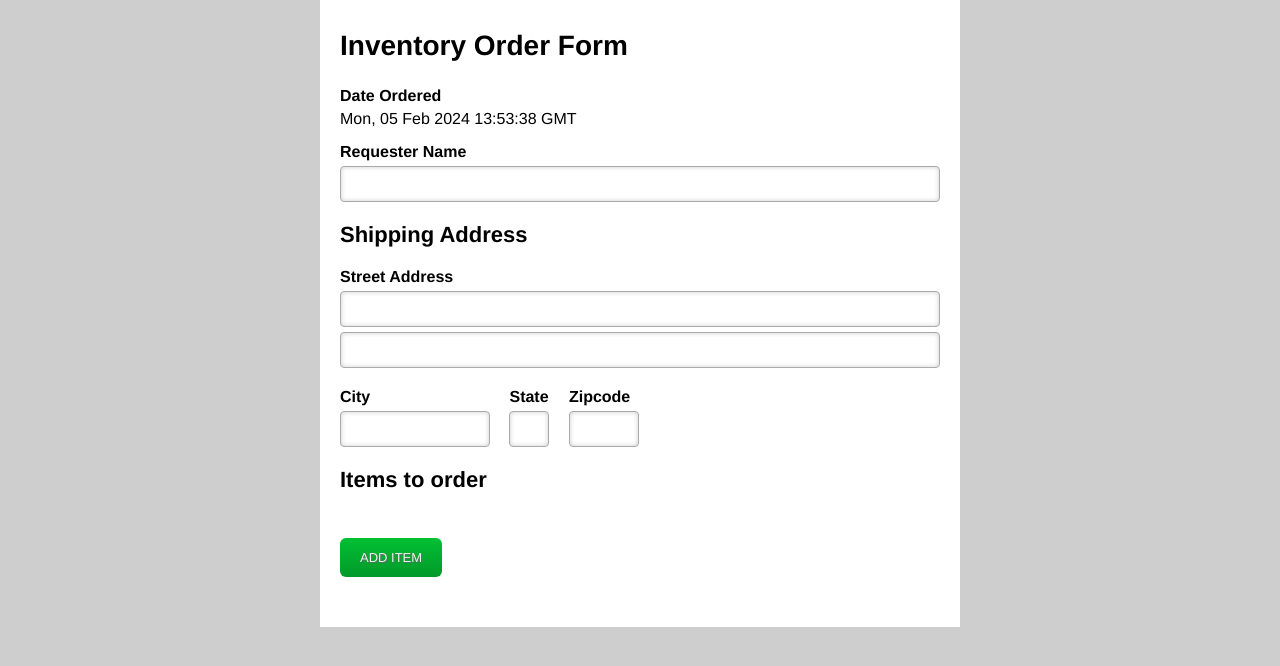
Repository: apopheny/JS230
Page: inventory_order_refactor/index.html
The author's editor kept a copy of each file at every save. The page is drawn from the files as they stood at one save, then again after the next save.
The browser window is 1280 px wide. The pictures show the whole page.
Some web libraries are served in a nearby version.

Above is the page before, as saved 2024-02-06 17:20:33.

### inventory_order_refactor/index.html
<!DOCTYPE html>
<html lang="en-US">
  <head>
    <title>Inventory Order Form</title>
    <meta charset="UTF-8" />
    <script src="https://ajax.googleapis.com/ajax/libs/jquery/1.11.2/jquery.min.js"></script>
    <script src="javascripts/inventory.js"></script>
    <link rel="stylesheet" href="stylesheets/form.css" />
  </head>
  <body>
    <main>
      <form action="" method="post">
        <fieldset>
          <h1>Inventory Order Form</h1>
          <dl>
            <dt>Date Ordered</dt>
            <dd id="order_date"></dd>
            <dt>
              <label for="requester_name">Requester Name</label>
            </dt>
            <dd>
              <input name="requester_name" id="requester_name" type="text" />
            </dd>
          </dl>

          <h2>Shipping Address</h2>
          <dl>
            <dt>
              <label for="address1">Street Address</label>
            </dt>
            <dd>
              <input name="address1" id="address1" type="text" />
              <input name="address2" id="address2" type="text" />
            </dd>
          </dl>
          <dl class="partial">
            <dt>
              <label for="city">City</label>
            </dt>
            <dd>
              <input name="city" id="city" type="text" />
            </dd>
          </dl>
          <dl class="partial">
            <dt>
              <label for="state">State</label>
            </dt>
            <dd>
              <input name="state" id="state" type="text" maxlength="2" />
            </dd>
          </dl>
          <dl class="partial">
            <dt>
              <label for="zip">Zipcode</label>
            </dt>
            <dd>
              <input name="zip" id="zip" type="text" maxlength="5" />
            </dd>
          </dl>

          <h2>Items to order</h2>
          <script type="text/template" id="inventory_item">
            <tr>
              <td>
                <input type="hidden" name="item_id_ID" value="ID" />
                <label for="item_name_ID">Name</label>
                <input name="item_name_ID" type="text" />
              </td>
              <td>
                <label for="item_stock_number_ID">Stock Number</label>
                <input name="item_stock_number_ID" type="text" maxlength="8" />
              </td>
              <td>
                <label for="item_quantity_ID">Quantity</label>
                <input name="item_quantity_ID" type="number" value="1" />
              </td>
              <td>
                <a href="#" class="delete">Delete</a>
              </td>
            </tr>
          </script>

          <table id="inventory">
          </table>

          <button type="button" id="add_item">Add item</button>
<!--
          <div class="actions">
            <input type="submit" value="Order inventory" />
          </div> -->
        </fieldset>
      </form>
    </main>
  </body>
</html>

### inventory_order_refactor/javascripts/inventory.js
var inventory;

(function () {
  inventory = {
    lastId: 0,
    collection: [],
    setDate() {
      let date = new Date();
      document.querySelector("#order_date").textContent = date.toUTCString();
    },
    cacheTemplate() {
      let iTmpl = document.querySelector("#inventory_item");
      this.template = iTmpl.innerHTML;
      iTmpl.remove();
    },
    add() {
      this.lastId++;
      let item = {
        id: this.lastId,
        name: "",
        stock_number: "",
        quantity: 1,
      };
      this.collection.push(item);

      return item;
    },
    remove(idx) {
      this.collection = this.collection.filter(function (item) {
        return item.id !== idx;
      });
    },
    get(id) {
      let found_item;

      this.collection.forEach(function (item) {
        if (item.id === id) {
          found_item = item;
          return false;
        }
      });

      return found_item;
    },
    update($item) {
      let id = this.findID($item),
        item = this.get(id);

      item.name = $item.find("[name^=item_name]").val();
      item.stock_number = $item.find("[name^=item_stock_number]").val();
      item.quantity = $item.find("[name^=item_quantity]").val();
    },
    newItem(e) {
      e.preventDefault();
      let item = this.add(),
        itemHTMLString = this.template.replace(/ID/g, item.id);
      let inventoryElements = document.querySelectorAll("#inventory");
      let elements = new DOMParser().parseFromString(
        itemHTMLString,
        "text/html"
      );
      document.querySelector("#inventory");
    },
    findParent(e) {
      return $(e.target).closest("tr");
    },
    findID($item) {
      return +$item.find("input[type=hidden]").val();
    },
    deleteItem(e) {
      e.preventDefault();
      let $item = this.findParent(e).remove();

      this.remove(this.findID($item));
    },
    updateItem(e) {
      let $item = this.findParent(e);

      this.update($item);
    },
    bindEvents() {
      $("#add_item").on("click", $.proxy(this.newItem, this));
      $("#inventory").on("click", "a.delete", $.proxy(this.deleteItem, this));
      $("#inventory").on("blur", ":input", $.proxy(this.updateItem, this));
    },
    init() {
      this.setDate();
      this.cacheTemplate();
      this.bindEvents();
    },
  };
})();

$($.proxy(inventory.init, inventory));

### inventory_order_refactor/stylesheets/form.css
@import url("whitespace-reset.css");

body {
  font: normal 16px Helvetica, Arial, sans-serif;
  background: #cecece;
}

main {
  width: 600px;
  padding: 30px 20px;
  margin: 0 auto;
  background: #ffffff;
}

h1 {
  margin: 0 0 25px 0;
  font-size: 28px;
}

h2 {
  margin: 0 0 20px 0;
  font-size: 22px;
}

dt {
  padding: 0 0 5px 0;
  font-weight: bold;
}

dd {
  padding: 0 0 15px 0;
}

input[type="text"],
input[type="number"] {
  width: 100%;
  height: 36px;
  padding: 3px 5px;
  margin: 0 0 5px 0;
  font: normal 14px Helvetica, Arial, sans-serif;
  color: #222222;
  border: 1px solid #aaaaaa;
  border-radius: 4px;
  -webkit-box-shadow: inset 0 0 5px rgba(0, 0, 0, .2);
  -moz-box-shadow: inset 0 0 5px rgba(0, 0, 0, .2);
  box-shadow: inset 0 0 5px rgba(0, 0, 0, .2);
  -webkit-box-sizing: border-box;
  -moz-box-sizing: border-box;
  box-sizing: border-box;
}

input[type="number"] {
  width: 50px;
}

input[maxlength="2"] {
  width: 40px;
}

input[maxlength="5"] {
  width: 70px;
}

input[maxlength="8"] {
  width: 90px;
}

#city { width: 150px; }

button,
input[type="submit"] {
  padding: 12px 20px;
  margin: 0 0 20px 0;
  font: normal 13px Helvetica, Arial, sans-serif;
  text-transform: uppercase;
  color: #f0f0f0;
  text-shadow: 1px 1px 1px #666666;
  cursor: pointer;
  border: none;
  border-radius: 6px;
  background: linear-gradient(#02c033, #02992a);
}

input[type="submit"] {
  background: linear-gradient(#5b7aed, #4c66c7);
}

table {
  width: 100%;
  margin: 0 0 25px 0;
  border-spacing: 0;
  border-collapse: collapse;
}

dl.partial {
  display: inline-block;
  padding: 0 15px 0 0;
  vertical-align: top;
}

### inventory_order_refactor/stylesheets/whitespace-reset.css
/*
----------------------------------------
Tantek Celik's Whitepsace Reset
     Author:  	Tantek Celik, Shane Riley
    Version:  	(CC) 2010 Some Rights Reserved - http://creativecommons.org/licenses/by/2.0
Description:	Resets default styling of common browsers to a common base
----------------------------------------
*/

ul,ol { list-style: none; }
h1,h2,h3,h4,h5,h6,pre,code { font-size: 1em; }
ul,ol,li,h1,h2,h3,h4,h5,h6,pre,form,body,html,p,blockquote,fieldset,input,dl,dt,dd, figure, figcaption {
  margin: 0;
  padding: 0; }
a img,:link img,:visited img, fieldset { border: none; }
address { font-style: normal; }
header, section, article, nav, footer, hgroup, details, summary, figure, main { display: block; }
mark {
  color: inherit;
  background: transparent; }
abbr { border: none; }
summary::-webkit-details-marker { display: none; }

After the next save:
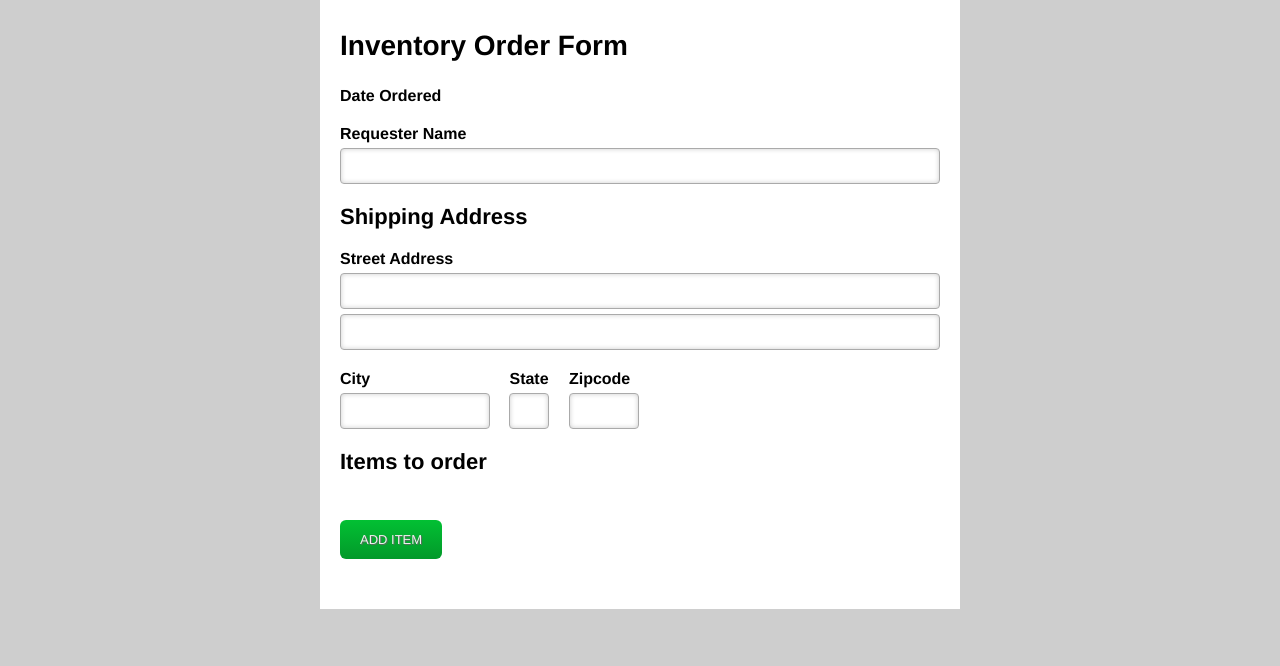
Console error: SyntaxError: Unexpected token ')'
Saved 28 s later.
--- a/inventory_order_refactor/javascripts/inventory.js
+++ b/inventory_order_refactor/javascripts/inventory.js
@@ -54,12 +54,12 @@
       e.preventDefault();
       let item = this.add(),
         itemHTMLString = this.template.replace(/ID/g, item.id);
-      let inventoryElements = document.querySelectorAll("#inventory");
-      let elements = new DOMParser().parseFromString(
         itemHTMLString,
         "text/html"
       );
-      document.querySelector("#inventory");
+      document
+        .querySelector("#inventory")
+        .insertAdjacentHTML("beforeend", itemHTMLString);
     },
     findParent(e) {
       return $(e.target).closest("tr");

After the save that followed:
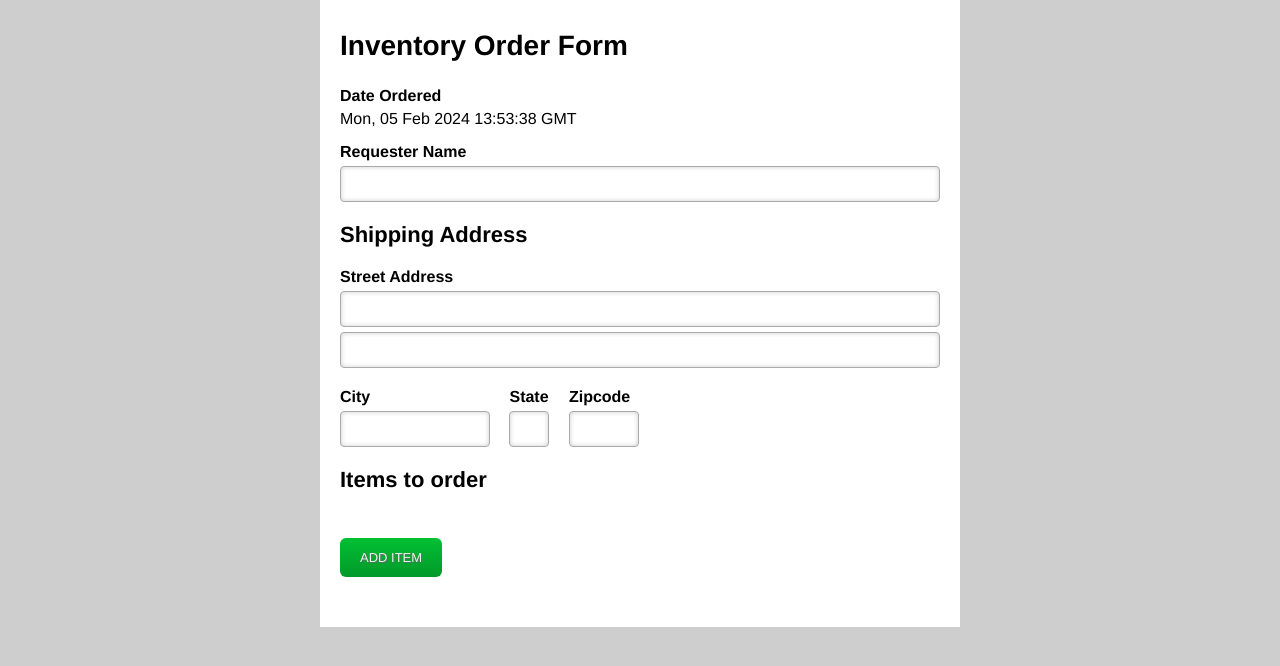
The error is gone.
Saved 14 s later.
--- a/inventory_order_refactor/javascripts/inventory.js
+++ b/inventory_order_refactor/javascripts/inventory.js
@@ -54,9 +54,8 @@
       e.preventDefault();
       let item = this.add(),
         itemHTMLString = this.template.replace(/ID/g, item.id);
-        itemHTMLString,
-        "text/html"
-      );
+      itemHTMLString, "text/html";
+
       document
         .querySelector("#inventory")
         .insertAdjacentHTML("beforeend", itemHTMLString);
